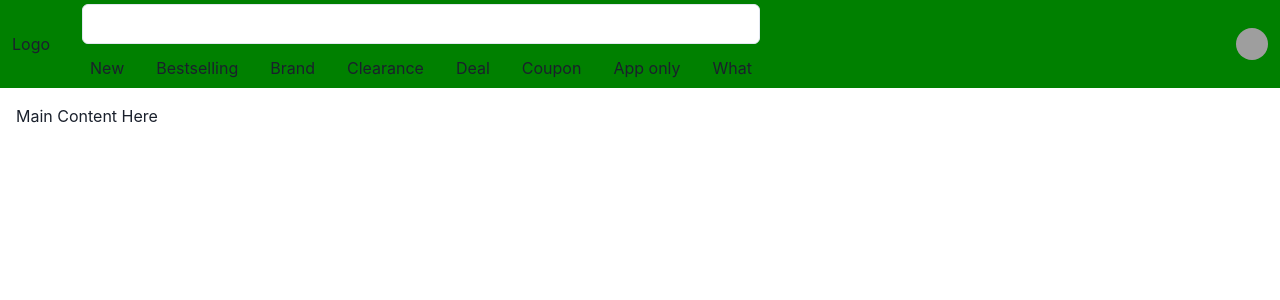
Repository: Vedprakas987/Shopee_cw24
Page: / (app in shopee_online/)
The author's editor kept a copy of each file at every save. The page is drawn from the files as they stood at one save, then again after the next save.
The browser window is 1280 px wide. The pictures show the whole page.
Pictures or frames that could not be fetched are drawn as grey boxes. The project was rebuilt for these pictures with package versions that can differ from the ones it lists, and the page was loaded fresh each time.

Above is the page before, as saved 2022-12-15 21:19:27.

### shopee_online/src/index.js
import React from 'react';
import ReactDOM from 'react-dom/client';
import './index.css';
import App from './App';
import reportWebVitals from './reportWebVitals';
import { BrowserRouter } from 'react-router-dom';
import { ChakraProvider } from '@chakra-ui/react';
const root = ReactDOM.createRoot(document.getElementById('root'));
root.render(
  <ChakraProvider>
  <BrowserRouter>
    <App />
  </BrowserRouter>
  </ChakraProvider>

);

// If you want to start measuring performance in your app, pass a function
// to log results (for example: reportWebVitals(console.log))
// or send to an analytics endpoint. Learn more: https://bit.ly/CRA-vitals
reportWebVitals();

### shopee_online/src/App.js
import Navbar from "./Routes/Navbar";
function App() {
  return (
    <div className="App">
      <Navbar/>
    </div>
  );
}

export default App;

### shopee_online/src/Routes/Navbar.jsx
import { ReactNode } from 'react';
import { Input, VStack } from '@chakra-ui/react';
import {
  Box,
  Flex,
  Avatar,
  HStack,
  Link,
  IconButton,
  Button,
  Menu,
  MenuButton,
  MenuList,
  MenuItem,
  MenuDivider,
  useDisclosure,
  useColorModeValue,
  Stack,
} from '@chakra-ui/react';
import { HamburgerIcon, CloseIcon } from '@chakra-ui/icons';

const Links = ['New','Bestselling','Brand','Clearance','Deal','Coupon','App only','What'];

const NavLink = ({ children }) => (
  <Link
    px={2}
    py={1}
    rounded={'md'}
    _hover={{
      textDecoration: 'none',
      bg: useColorModeValue('gray.200', 'gray.700'),
    }}
    href={'#'}>
    {children}
  </Link>
);

export default function Navbar() {
  const { isOpen, onOpen, onClose } = useDisclosure();

  return (
    <>
      <Box bg={useColorModeValue('green', 'green')} px={7} padding="12px">
        <Flex h={16} alignItems={'center'} justifyContent={'space-between'}>
          <IconButton
            size={'md'}
            icon={isOpen ? <CloseIcon /> : <HamburgerIcon />}
            aria-label={'Open Menu'}
            display={{ md: 'none' }}
            onClick={isOpen ? onClose : onOpen}
          />
          <HStack spacing={8} alignItems={'center'}>
            <Box>Logo</Box>
            <VStack>
                <Input bg="white" color="black"/>
            <HStack
              as={'nav'}
              spacing={4}
              display={{ base: 'none', md: 'flex' }}>
              {Links.map((link) => (
                <NavLink key={link}>{link}</NavLink>
              ))}
            </HStack>
            </VStack>
          </HStack>

          <Flex alignItems={'center'}>
            <Menu>
              <MenuButton
                as={Button}
                rounded={'full'}
                variant={'link'}
                cursor={'pointer'}
                minW={0}>
                <Avatar
                  size={'sm'}
                  src={
                    'https://images.unsplash.com/photo-1493666438817-866a91353ca9?ixlib=rb-0.3.5&q=80&fm=jpg&crop=faces&fit=crop&h=200&w=200&s=b616b2c5b373a80ffc9636ba24f7a4a9'
                  }
                />
              </MenuButton>
              <MenuList>
                <MenuItem>Link 1</MenuItem>
                <MenuItem>Link 2</MenuItem>
                <MenuDivider />
                <MenuItem>Link 3</MenuItem>
              </MenuList>
            </Menu>
          </Flex>
        </Flex>

        {isOpen ? (
          <Box pb={4} display={{ md: 'none' }}>
            <Stack as={'nav'} spacing={4}>
              {Links.map((link) => (
                <NavLink key={link}>{link}</NavLink>
              ))}
            </Stack>
          </Box>
        ) : null}
      </Box>

      <Box p={4}>Main Content Here</Box>
    </>
  );
}

Loaded but not shown: shopee_online/public/index.html (common file); shopee_online/src/index.css (common file); shopee_online/src/reportWebVitals.js (common file)

After the next save:
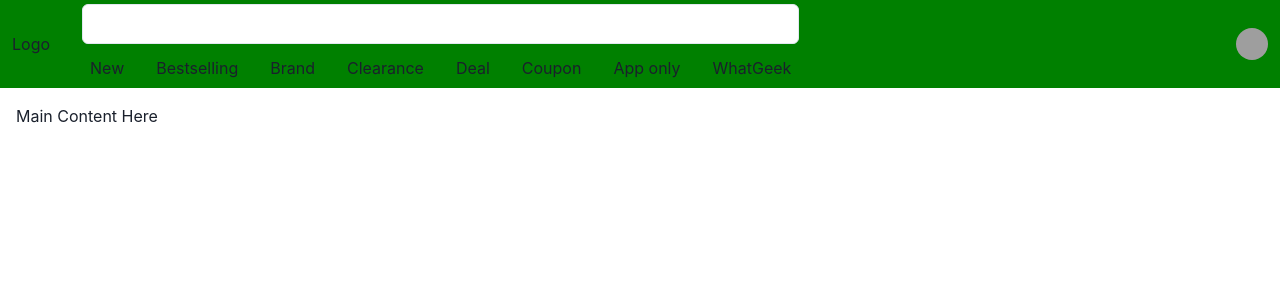
Saved 5 s later.
--- a/shopee_online/src/Routes/Navbar.jsx
+++ b/shopee_online/src/Routes/Navbar.jsx
@@ -19,7 +19,7 @@ import {
 } from '@chakra-ui/react';
 import { HamburgerIcon, CloseIcon } from '@chakra-ui/icons';
 
-const Links = ['New','Bestselling','Brand','Clearance','Deal','Coupon','App only','What'];
+const Links = ['New','Bestselling','Brand','Clearance','Deal','Coupon','App only','WhatGeek'];
 
 const NavLink = ({ children }) => (
   <Link
